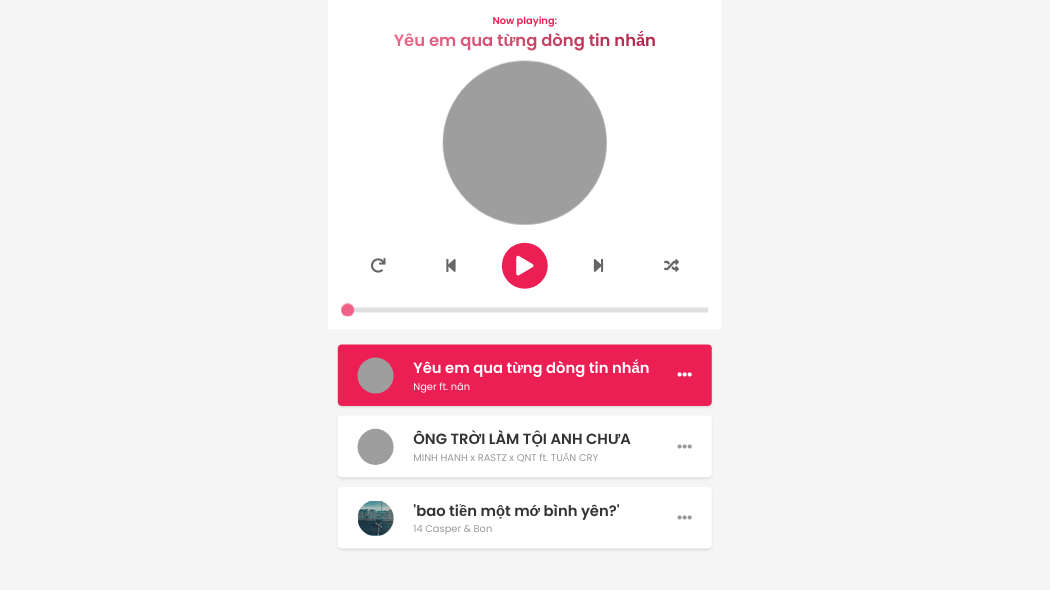
Repository: lt-chinh098406/BIn-Music
Page: index.html
An editor plug-in stored every save of this project. The page is shown before and after the next save, followed by the edit.
The browser window is 1280 px wide. The pictures show the whole page, at 82% of full size.
Pictures or frames that could not be fetched are drawn as grey boxes.

Above is the page before, as saved 2022-03-20 13:27:02.

### index.html
<!DOCTYPE html>
<html lang="en">
  <head>
    <meta charset="UTF-8" />
    <meta http-equiv="X-UA-Compatible" content="IE=edge" />
    <meta name="viewport" content="width=device-width, initial-scale=1.0" />
    <title>Music player</title>
    <link
      rel="stylesheet"
      href="https://cdnjs.cloudflare.com/ajax/libs/font-awesome/5.15.2/css/all.min.css"
      integrity="sha512-HK5fgLBL+xu6dm/Ii3z4xhlSUyZgTT9tuc/hSrtw6uzJOvgRr2a9jyxxT1ely+B+xFAmJKVSTbpM/CuL7qxO8w=="
      crossorigin="anonymous"
    />
    <link rel="preconnect" href="https://fonts.gstatic.com" />
    <link
      href="https://fonts.googleapis.com/css2?family=Poppins:wght@300;400;600&display=swap"
      rel="stylesheet"
    />
    <link rel="stylesheet" href="./assets/main.css" />
  </head>
  <body>
    <body>
      <div class="player">
        <!-- Dashboard -->
        <div class="dashboard">
          <!-- Header -->
          <header>
            <h4>Now playing:</h4>
            <h2>String 57th & 9th</h2>
          </header>

          <!-- CD -->
          <div class="cd">
            <div class="cd-thumb"></div>
          </div>

          <!-- Control -->
          <div class="control">
            <div class="btn btn-repeat">
              <i class="fas fa-redo"></i>
            </div>
            <div class="btn btn-prev">
              <i class="fas fa-step-backward"></i>
            </div>
            <div class="btn btn-toggle-play">
              <i class="fas fa-pause icon-pause"></i>
              <i class="fas fa-play icon-play"></i>
            </div>
            <div class="btn btn-next">
              <i class="fas fa-step-forward"></i>
            </div>
            <div class="btn btn-random">
              <i class="fas fa-random"></i>
            </div>
          </div>

          <input
            id="progress"
            class="progress"
            type="range"
            value="0"
            step="1"
            min="0"
            max="100"
          />

          <audio id="audio" src=""></audio>
        </div>

        <!-- Playlist -->
        <div class="playlist"></div>
      </div>

      <script src="./main.js"></script>
    </body>
  </body>
</html>

### assets/main.css
:root {
  --primary-color: #ec1f55;
  --text-color: #333;
}

* {
  padding: 0;
  margin: 0;
  box-sizing: inherit;
}

body {
  background-color: #f5f5f5;
}

html {
  box-sizing: border-box;
  font-family: "Poppins", sans-serif;
}

.player {
  position: relative;
  max-width: 480px;
  margin: 0 auto;
}

.player .icon-pause {
  display: none;
}

.player.playing .icon-pause {
  display: inline-block;
}

.player.playing .icon-play {
  display: none;
}

.dashboard {
  padding: 16px 16px 14px;
  background-color: #fff;
  position: fixed;
  top: 0;
  width: 100%;
  max-width: 480px;
  border-bottom: 1px solid #ebebeb;
}

/* HEADER */
header {
  text-align: center;
  margin-bottom: 10px;
}

header h4 {
  color: var(--primary-color);
  font-size: 12px;
}

header h2 {
  font-size: 20px;
  background-image: linear-gradient(to right, #f47999, #a5163b);
  color: transparent;
  -webkit-background-clip: text;
}

/* CD */
.cd {
  display: flex;
  margin: auto;
  width: 200px;
}

.cd-thumb {
  width: 100%;
  padding-top: 100%;
  border-radius: 50%;
  background-color: #333;
  background-size: cover;
  margin: auto;
}

/* CONTROL */
.control {
  display: flex;
  align-items: center;
  justify-content: space-around;
  padding: 18px 0 8px 0;
}

.control .btn {
  color: #666;
  padding: 18px;
  font-size: 18px;
  cursor: pointer;
}

.control .btn.active {
  color: var(--primary-color);
}

.control .btn-toggle-play {
  width: 56px;
  height: 56px;
  border-radius: 50%;
  font-size: 24px;
  color: #fff;
  display: flex;
  align-items: center;
  justify-content: center;
  background-color: var(--primary-color);
}

.progress {
  width: 100%;
  -webkit-appearance: none;
  height: 6px;
  background: #d3d3d3;
  outline: none;
  opacity: 0.7;
  -webkit-transition: 0.2s;
  transition: opacity 0.2s;
  cursor: pointer;
}

.progress::-webkit-slider-thumb {
  -webkit-appearance: none;
  appearance: none;
  background-color: var(--primary-color);
  cursor: pointer;
  height: 16px;
  width: 16px;
  border-radius: 100%;
  border: none;
  outline: none;
  z-index: 9;
  position: relative;
}

/* PLAYLIST */
.playlist {
  margin-top: 408px;
  padding: 12px;
}

.song {
  display: flex;
  align-items: center;
  margin-bottom: 12px;
  background-color: #fff;
  padding: 8px 16px;
  border-radius: 5px;
  box-shadow: 0 2px 3px rgba(0, 0, 0, 0.1);
  cursor: pointer;
}

.song.active {
  background-color: var(--primary-color);
}

.song:active {
  opacity: 0.8;
}

.song.active .option,
.song.active .author,
.song.active .title {
  color: #fff;
}

.song .thumb {
  width: 44px;
  height: 44px;
  border-radius: 50%;
  background-size: cover;
  margin: 0 8px;
}

.song .body {
  flex: 1;
  padding: 0 16px;
}

.song .title {
  font-size: 18px;
  color: var(--text-color);
}

.song .author {
  font-size: 12px;
  color: #999;
}

.song .option {
  padding: 16px 8px;
  color: #999;
  font-size: 18px;
}

### main.js
const $ = document.querySelector.bind(document);
const $$ = document.querySelectorAll.bind(document);

const player = $(".player");
const heading = $("header h2");
const cdThumb = $(".cd-thumb");
const audio = $("#audio");
const cd = $(".cd");
const playBtn = $(".btn-toggle-play");
const progress = $("#progress");
const nextBtn = $(".btn-next");
const prevBtn = $(".btn-prev");
const randomBtn = $(".btn-random");
const repeatBtn = $(".btn-repeat");
const playlist = $(".playlist");

const app = {
  currentIndex: 0,
  isPlaying: false,

  songs: [
    {
      name: "Yêu em qua từng dòng tin nhắn",
      singer: "Nger ft. nân",
      path: "./assets/music/Yêu em qua dòng tin nhắn(iêu iem qua dòng tin nhắn) - Ngơ ft. Nân [Lyrics Video].mp3",
      image: "./assets/img/1.jpg",
    },
    {
      name: "ÔNG TRỜI LÀM TỘI ANH CHƯA",
      singer: "MINH HANH x RASTZ x QNT ft. TUẤN CRY",
      path: "./assets/music/ÔNG TRỜI LÀM TỘI ANH CHƯA - MINH HANH x RASTZ x QNT ft. TUẤN CRY.mp3",
      image: "./assets/img/3.jpg",
    },
    {
      name: "'bao tiền một mớ bình yên?'",
      singer: "14 Casper & Bon",
      path: "./assets/music/'bao tiền một mớ bình yên-' - 14 Casper & Bon (Official).mp3",
      image: "./assets/img/5.jpg",
    },
  ],

  render: function () {
    const htmls = this.songs.map((song, index) => {
      return `
        <div class="song ${
          index === this.currentIndex ? "active" : ""
        }" data-index="${index}">
          <div class="thumb" style="background-image: url('${song.image}')">
          </div>
          <div class="body">
            <h3 class="title">${song.name}</h3>
            <p class="author">${song.singer}</p>
          </div>
          <div class="option">
            <i class="fas fa-ellipsis-h"></i>
          </div>
        </div>
      `;
    });
    playlist.innerHTML = htmls.join("");
  },

  defineProperties: function () {
    Object.defineProperty(this, "currentSong", {
      get: function () {
        return this.songs[this.currentIndex];
      },
    });
  },

  handleEvents: function () {
    const _this = this;
    const cdWidth = cd.offsetWidth;

    // Xử lý CD rotate
    const cdThumbAnimate = cdThumb.animate([{ transform: "rotate(360deg)" }], {
      duration: 30000, // 10s
      iterations: Infinity,
    });
    cdThumbAnimate.pause();

    // Xử lý scroll cd
    document.onscroll = function () {
      const scrollTop = window.scrollY || document.documentElement.scrollTop;

      const newCdWidth = cdWidth - scrollTop;

      cd.style.width = newCdWidth > 0 ? newCdWidth + "px" : 0; // fix bug
      cd.style.opacity = newCdWidth / cdWidth; // opacity when scroll
    };

    // Xử lý play
    playBtn.onclick = function () {
      if (_this.isPlaying) {
        audio.pause();
      } else {
        audio.play();
      }
    };

    // Khi song được play
    audio.onplay = function () {
      _this.isPlaying = true;
      player.classList.add("playing");
      cdThumbAnimate.play();
    };

    // Khi song bị pause
    audio.onpause = function () {
      _this.isPlaying = false;
      player.classList.remove("playing");
      cdThumbAnimate.pause();
    };

    // khi tiến độ bài hát thay đổi
    audio.ontimeupdate = function () {
      if (audio.duration) {
        const progressPercent = Math.floor(
          (audio.currentTime / audio.duration) * 100
        );
        progress.value = progressPercent;
      }
    };

    //seek
    progress.oninput = function (e) {
      const seekTime = (audio.duration / 100) * e.target.value;
      audio.currentTime = seekTime;
    };

    // Khi next/prev song
    nextBtn.onclick = function () {
      if (randomBtn.classList.contains("active")) {
        _this.playRandomSong();
      } else {
        _this.nextSong();
      }
      // cdThumb.style.transform = 'rotate(0)'
      audio.play();
      _this.activeSong();
      _this.scrollToActiveSong();
    };
    prevBtn.onclick = function () {
      if (randomBtn.classList.contains("active")) {
        _this.playRandomSong();
      } else {
        _this.nextSong();
      }
      // cdThumb.style.transform = 'rotate(0)'
      audio.play();
      _this.activeSong();
      _this.scrollToActiveSong();
    };

    // Random song
    randomBtn.onclick = function () {
      randomBtn.classList.toggle("active");
      repeatBtn.classList.remove("active");
    };

    // Repeat song
    repeatBtn.onclick = function () {
      repeatBtn.classList.toggle("active");
      randomBtn.classList.remove("active");
    };

    // Xử lý nextsong khi audio ended
    audio.onended = function () {
      if (repeatBtn.classList.contains("active")) {
        audio.play();
      } else {
        nextBtn.click();
      }
    };

    // Lắng nghe click vào playlist
    playlist.onclick = function (e) {
      const songNode = e.target.closest(".song:not(.active)");
      // if (songNode || e.target.closest('option')) {
      if (songNode && !e.target.closest("option")) {
        const newIndex = songNode.getAttribute("data-index");
        _this.currentIndex = newIndex;
        _this.loadCurrentSong();
        _this.activeSong();
        audio.play();
      }
      // }
    };
  },

  loadCurrentSong: function () {
    heading.textContent = this.currentSong.name;
    cdThumb.style.backgroundImage = `url('${this.currentSong.image}')`;
    audio.src = this.currentSong.path;
  },

  nextSong: function () {
    this.currentIndex++;
    if (this.currentIndex >= this.songs.length) {
      this.currentIndex = 0;
    }
    this.loadCurrentSong();
  },

  prevSong: function () {
    if (this.currentIndex != 0) {
      this.currentIndex--;
    } else {
      this.currentIndex = this.songs.length - 1;
    }
    this.loadCurrentSong();
  },

  playRandomSong: function () {
    let newIndex;
    do {
      newIndex = Math.floor(Math.random() * this.songs.length);
    } while (newIndex === this.currentIndex);

    this.currentIndex = newIndex;
    this.loadCurrentSong();
  },

  activeSong: function () {
    var loopSongs = $$(".song");
    for (song of loopSongs) {
      song.classList.remove("active");
    }
    const activeSong = loopSongs[this.currentIndex];
    activeSong.classList.add("active");
  },

  scrollToActiveSong: function () {
    setTimeout(() => {
      if (this.currentIndex < 3) {
        $(".song.active").scrollIntoView({
          behavior: "smooth",
          block: "end",
        });
      } else {
        $(".song.active").scrollIntoView({
          behavior: "smooth",
          block: "nearest",
        });
      }
    }, 300);
  },

  start: function () {
    // Định nghĩa các thuộc tính cho Object
    this.defineProperties();

    // Lắng nghe / xử lý các event
    this.handleEvents();

    // tải thông tin bài hát đầu tiên vào UI khi chạy ứng dụng
    this.loadCurrentSong();

    // render playlist
    this.render();
  },
};

app.start();

After the next save:
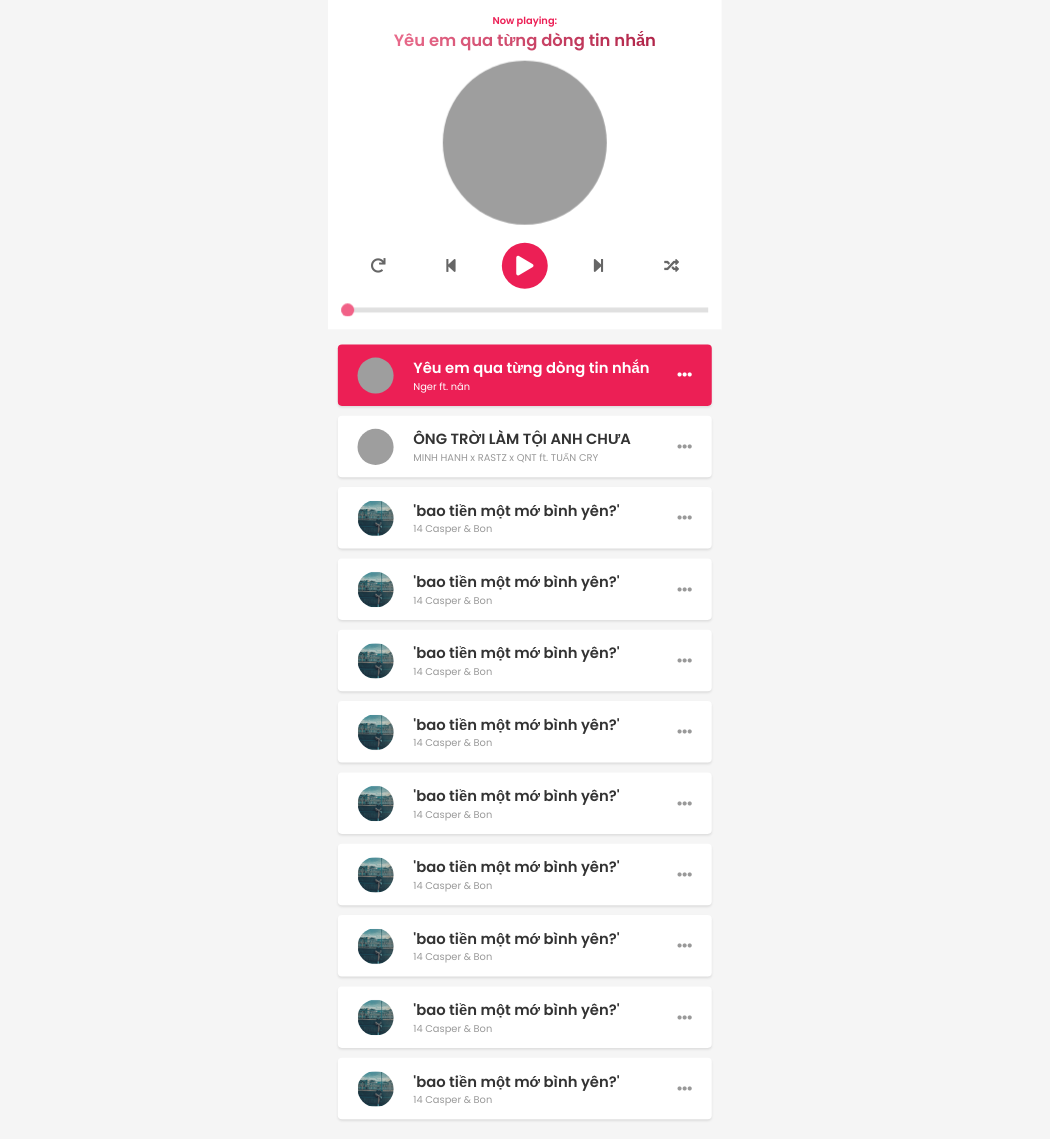
Saved 3 min 59 s later.
--- a/main.js
+++ b/main.js
@@ -30,6 +30,54 @@ const app = {
       singer: "MINH HANH x RASTZ x QNT ft. TUẤN CRY",
       path: "./assets/music/ÔNG TRỜI LÀM TỘI ANH CHƯA - MINH HANH x RASTZ x QNT ft. TUẤN CRY.mp3",
       image: "./assets/img/3.jpg",
+    },
+    {
+      name: "'bao tiền một mớ bình yên?'",
+      singer: "14 Casper & Bon",
+      path: "./assets/music/'bao tiền một mớ bình yên-' - 14 Casper & Bon (Official).mp3",
+      image: "./assets/img/5.jpg",
+    },
+    {
+      name: "'bao tiền một mớ bình yên?'",
+      singer: "14 Casper & Bon",
+      path: "./assets/music/'bao tiền một mớ bình yên-' - 14 Casper & Bon (Official).mp3",
+      image: "./assets/img/5.jpg",
+    },
+    {
+      name: "'bao tiền một mớ bình yên?'",
+      singer: "14 Casper & Bon",
+      path: "./assets/music/'bao tiền một mớ bình yên-' - 14 Casper & Bon (Official).mp3",
+      image: "./assets/img/5.jpg",
+    },
+    {
+      name: "'bao tiền một mớ bình yên?'",
+      singer: "14 Casper & Bon",
+      path: "./assets/music/'bao tiền một mớ bình yên-' - 14 Casper & Bon (Official).mp3",
+      image: "./assets/img/5.jpg",
+    },
+    {
+      name: "'bao tiền một mớ bình yên?'",
+      singer: "14 Casper & Bon",
+      path: "./assets/music/'bao tiền một mớ bình yên-' - 14 Casper & Bon (Official).mp3",
+      image: "./assets/img/5.jpg",
+    },
+    {
+      name: "'bao tiền một mớ bình yên?'",
+      singer: "14 Casper & Bon",
+      path: "./assets/music/'bao tiền một mớ bình yên-' - 14 Casper & Bon (Official).mp3",
+      image: "./assets/img/5.jpg",
+    },
+    {
+      name: "'bao tiền một mớ bình yên?'",
+      singer: "14 Casper & Bon",
+      path: "./assets/music/'bao tiền một mớ bình yên-' - 14 Casper & Bon (Official).mp3",
+      image: "./assets/img/5.jpg",
+    },
+    {
+      name: "'bao tiền một mớ bình yên?'",
+      singer: "14 Casper & Bon",
+      path: "./assets/music/'bao tiền một mớ bình yên-' - 14 Casper & Bon (Official).mp3",
+      image: "./assets/img/5.jpg",
     },
     {
       name: "'bao tiền một mớ bình yên?'",
